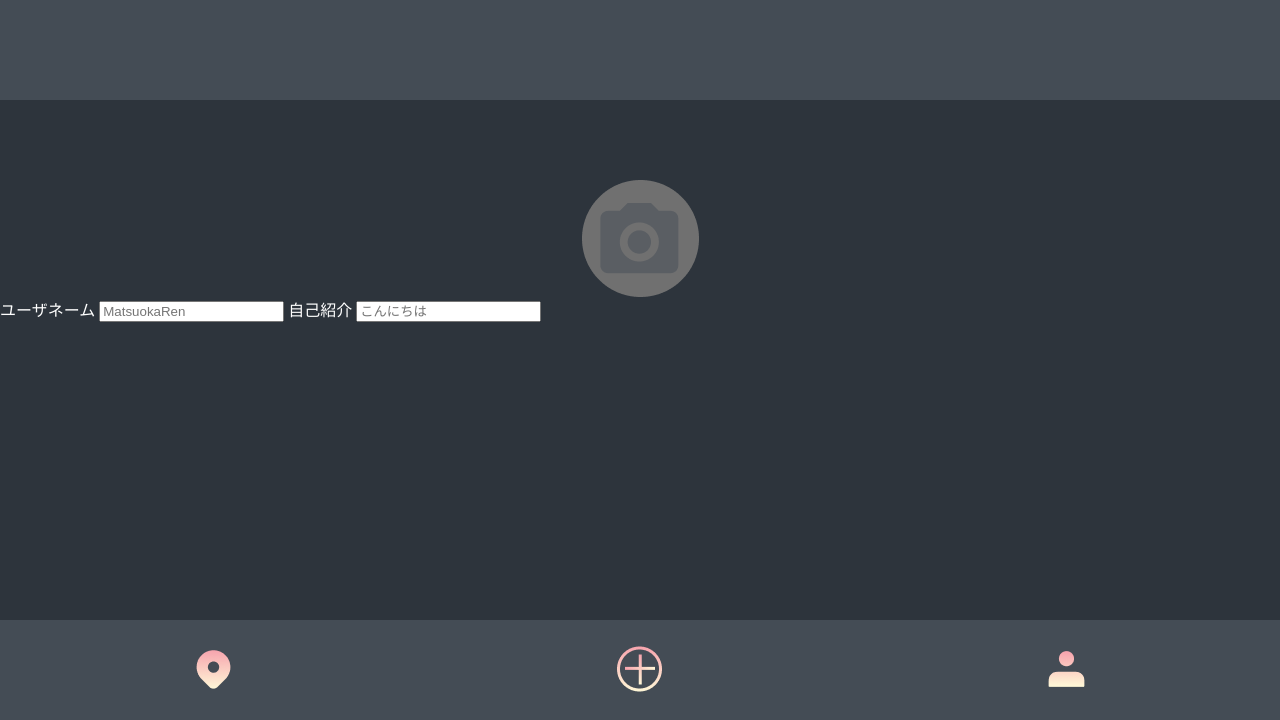
Repository: ren0714poo/respos
Page: edit.html
These files come from the project's save history. The page is drawn as it stood at one moment and after the next save; the edit follows.
The browser window is 1280 px wide. The pictures show the whole page.

Above is the page before, as saved 2025-07-17 13:58:07.

After the next save:
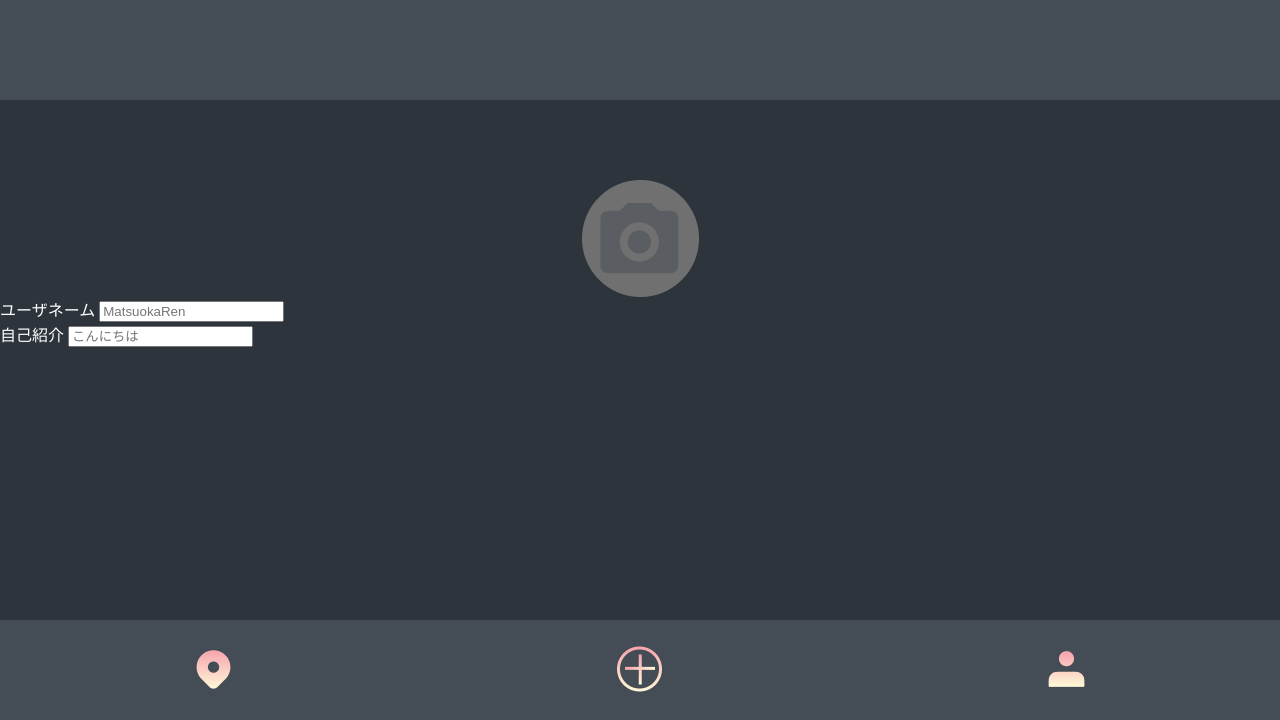
Saved 15 s later.
--- a/edit.html
+++ b/edit.html
@@ -14,7 +14,7 @@
     <div class="edit_img"><img src="img/camera_chenge.png" alt="カエラ変更"></div>
     <div class="edit">
       ユーザネーム
-      <input type="text" placeholder="MatsuokaRen">
+      <input type="text" placeholder="MatsuokaRen"><br>
       自己紹介
       <input type="text" placeholder="こんにちは">
 
